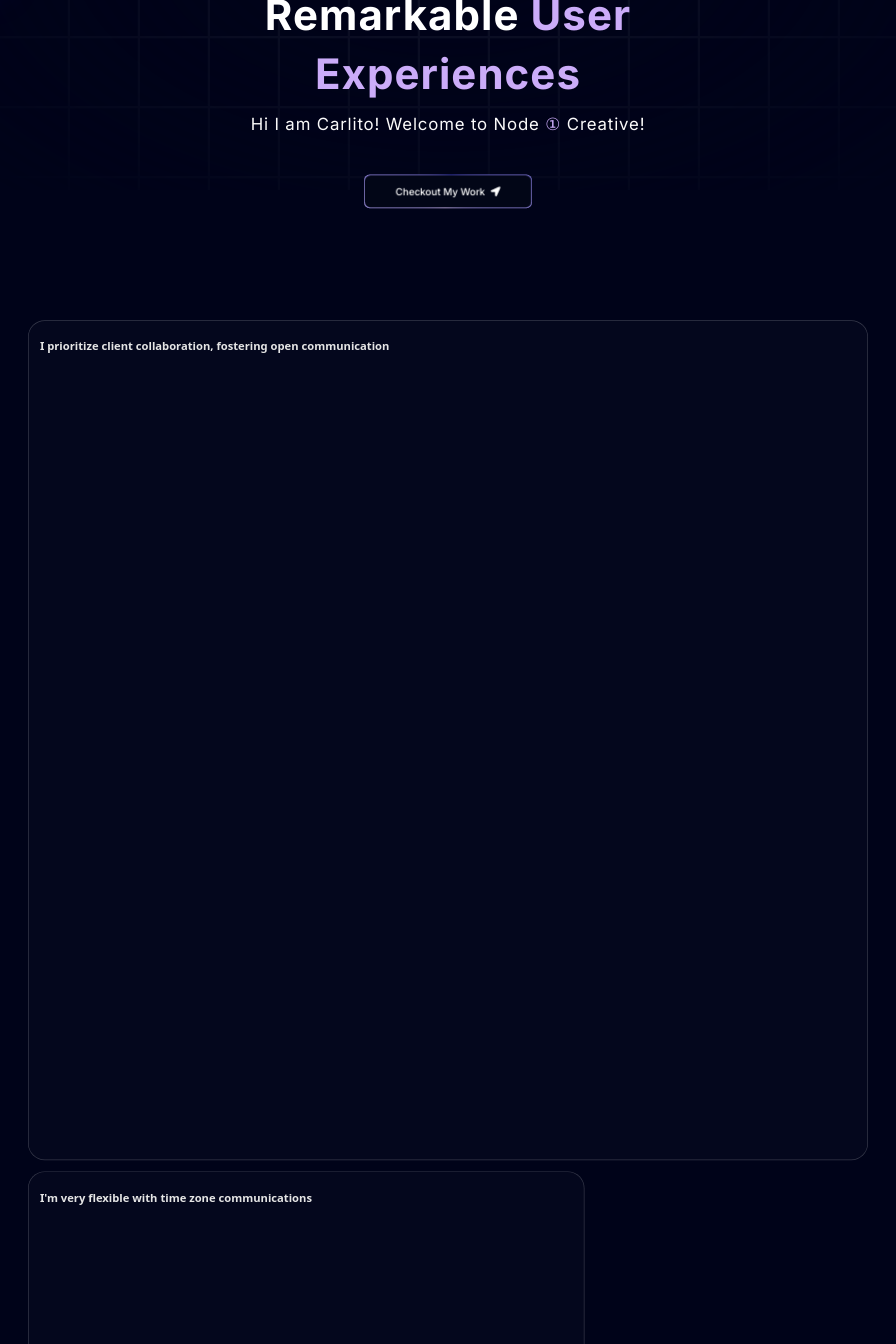
Repository: Carlito-Pedida/node1creative
Page: /
These files come from the project's save history. The page is drawn as it stood at one moment and after the next save; the edit follows.
The browser window is 1280 px wide. The pictures show the part of the page from y = 448 to 2368 px (the page is 4538 px tall before and 1550 px after), at 70% of full size.
The project was rebuilt for these pictures with package versions that can differ from the ones it lists, and the page was loaded fresh each time. The framework's server and built-in components were replaced by stand-ins that run in the browser. Also part of the build but not shown: next.config.mjs.

Above is the page before, as saved 2024-11-20 17:01:10.

After the next save:
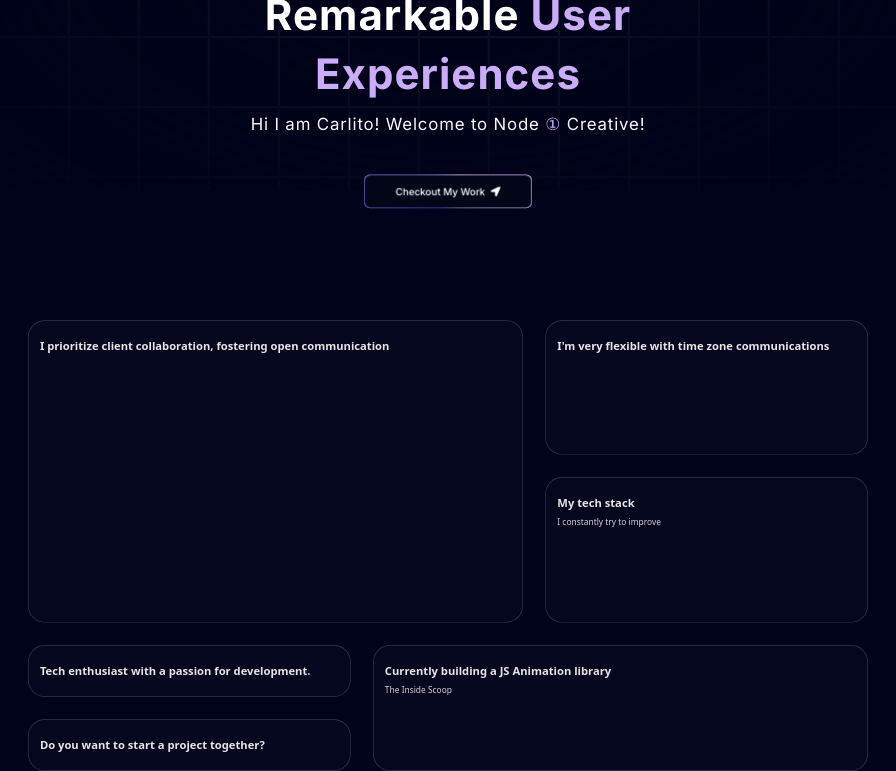
Saved 2 min 45 s later.
--- a/components/ui/BentoGrid.tsx
+++ b/components/ui/BentoGrid.tsx
@@ -10,7 +10,7 @@
   return (
     <div
       className={cn(
-        "grid md:auto-rows-[18rem] grid-cols-1 md:grid-cols-3 gap-4 max-w-7xl mx-auto ",
+        "grid grid-cols-1 md:grid-cols-6 lg:grid-cols-5 md:grid-row-7 gap-4 lg:gap-8 mx-auto",
         className
       )}
     >
@@ -40,7 +40,7 @@
   return (
     <div
       className={cn(
-        "row-span-1 relative rounded-3xl group/bento hover:shadow-xl transition duration-200 shadow-input dark:shadow-none p-4 dark:bg-black dark:border-white/[0.2] bg-white border border-transparent justify-between flex flex-col space-y-4",
+        "row-span-1 relative rounded-3xl group/bento hover:shadow-xl transition duration-200 shadow-input dark:shadow-none p-4 dark:bg-black-100 dark:border-white/[0.2] bg-white border border-transparent justify-between flex flex-col space-y-4",
         className
       )}
       style={{
